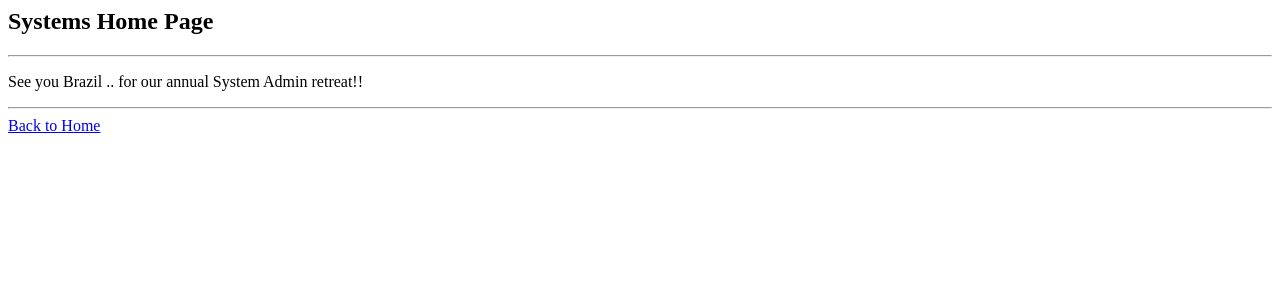
Repository: khaledesmail89/spring-Hibernate
Page: http://localhost/spring-security-demo-07-user-roles/systems
The author's editor kept a copy of each file at every save. The page is drawn from the files as they stood at one save, then again after the next save.
The browser window is 1280 px wide. The pictures show the whole page.
The page is served by Tomcat 9.

Above is the page before, as saved 2018-10-09 12:03:40.

After the next save:
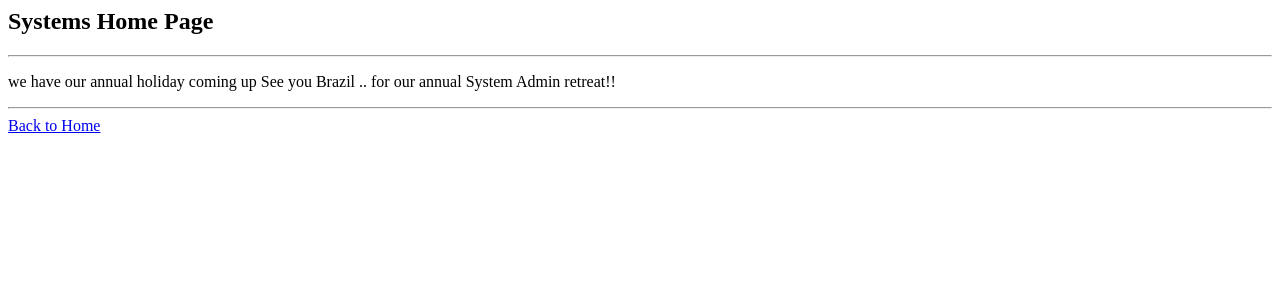
Saved 33 s later.
--- a/spring-security-demo-07-user-roles/src/main/webapp/WEB-INF/view/systems.jsp
+++ b/spring-security-demo-07-user-roles/src/main/webapp/WEB-INF/view/systems.jsp
@@ -8,6 +8,7 @@ Systems Home Page
 <h2>Systems Home Page</h2>
 <hr>
 <p>
+we have our annual holiday coming up
 See you Brazil  ..  for our annual System Admin retreat!!
 </p>
 <hr>
